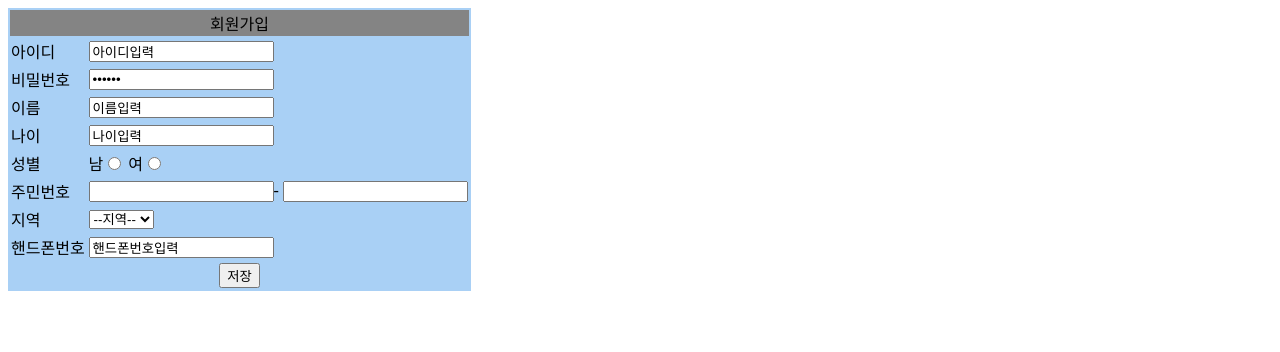
Repository: gunvv00/Java_practice
Page: html_work/html01/WebContent/member.html
An editor plug-in stored every save of this project. The page is shown before and after the next save, followed by the edit.
The browser window is 1280 px wide. The pictures show the whole page.

Above is the page before, as saved 2020-01-02 07:59:33.

After the next save:
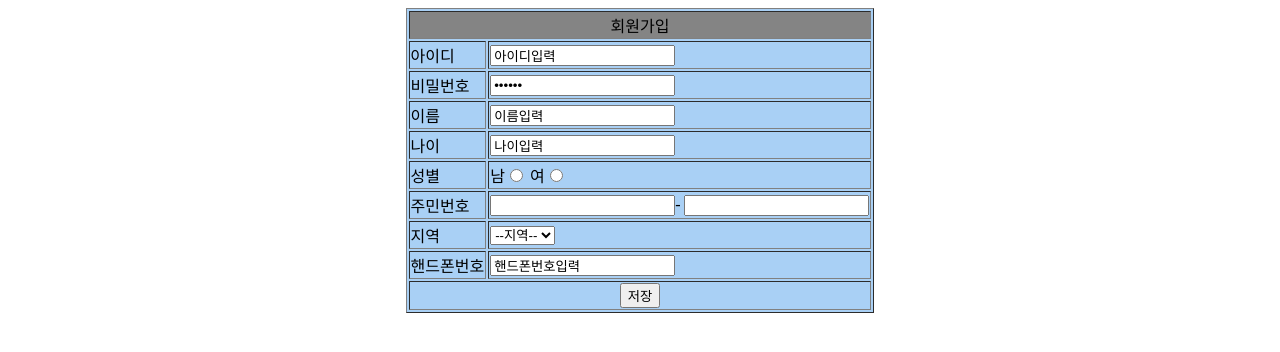
Saved 34 s later.
--- a/html_work/html01/WebContent/member.html
+++ b/html_work/html01/WebContent/member.html
@@ -6,7 +6,7 @@
 </head>
 <body>
 <form action = "member.jsp" method = "post">
-	<TABLE Border = 0 bgcolor = "#A9D0F5" height = 200  >
+	<TABLE Border = 1 bgcolor = "#A9D0F5" height = 200 align = "center" >
 	<tr>
 		<td bgcolor = "#848484" align = center colspan = "2">회원가입</td>
 	</tr>
